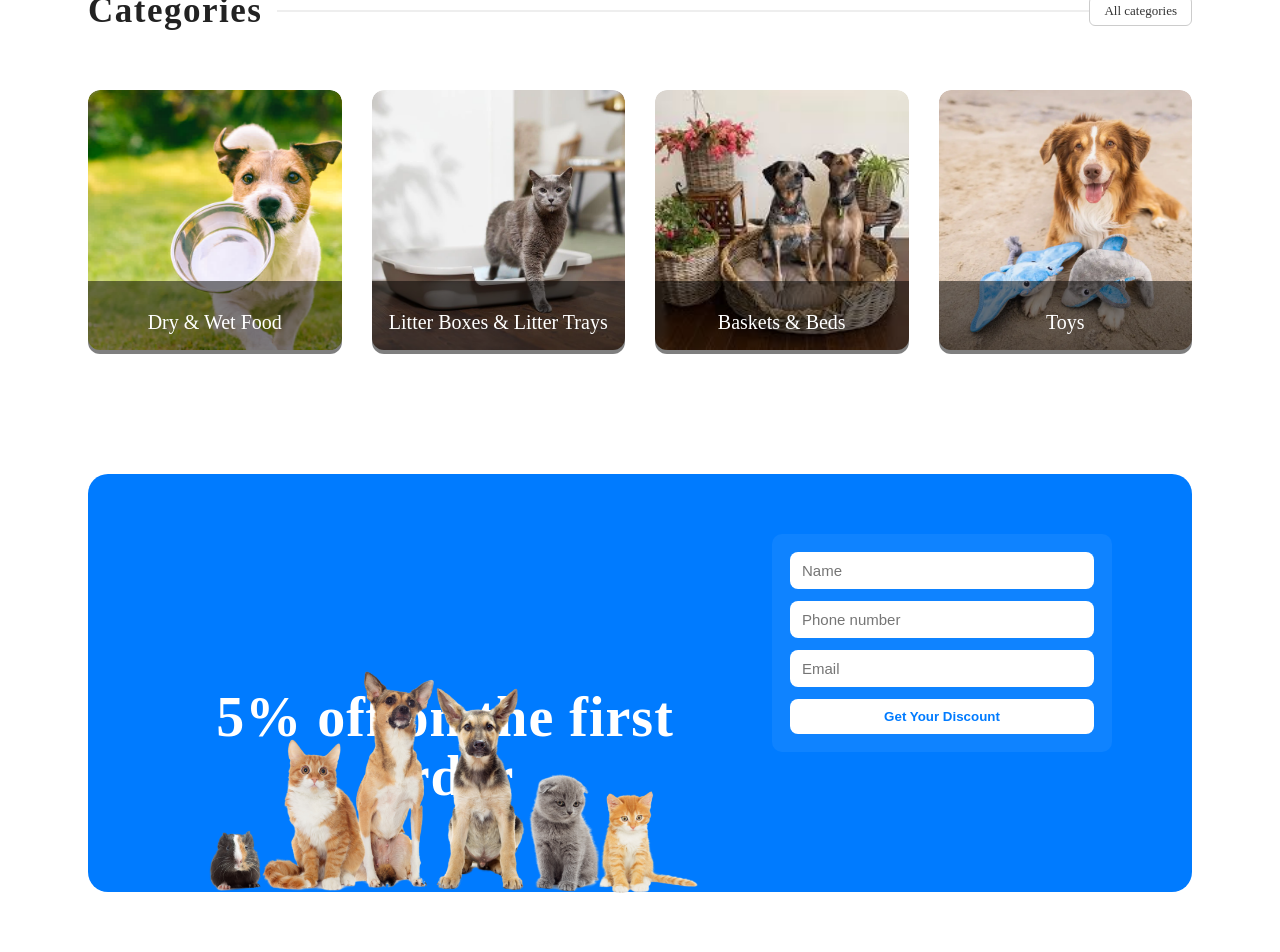
Repository: JuliiaJuliia/pet-shop-frontend
Page: / (app in pet-shop-frontend/)
These files come from the project's save history. The page is drawn as it stood at one moment and after the next save; the edit follows.
The browser window is 1280 px wide. The pictures show the part of the page from y = 693 to 1645 px (the page is 1645 px tall).
The project was rebuilt for these pictures with package versions that can differ from the ones it lists, and the page was loaded fresh each time. Also part of the build but not shown: pet-shop-frontend/vite.config.js, pet-shop-frontend/src/pages/CheckoutPage.jsx, pet-shop-frontend/src/api/axios.js, pet-shop-frontend/src/components/ProductList.jsx.

Above is the page before, as saved 2025-11-06 14:57:20.

After the next save:
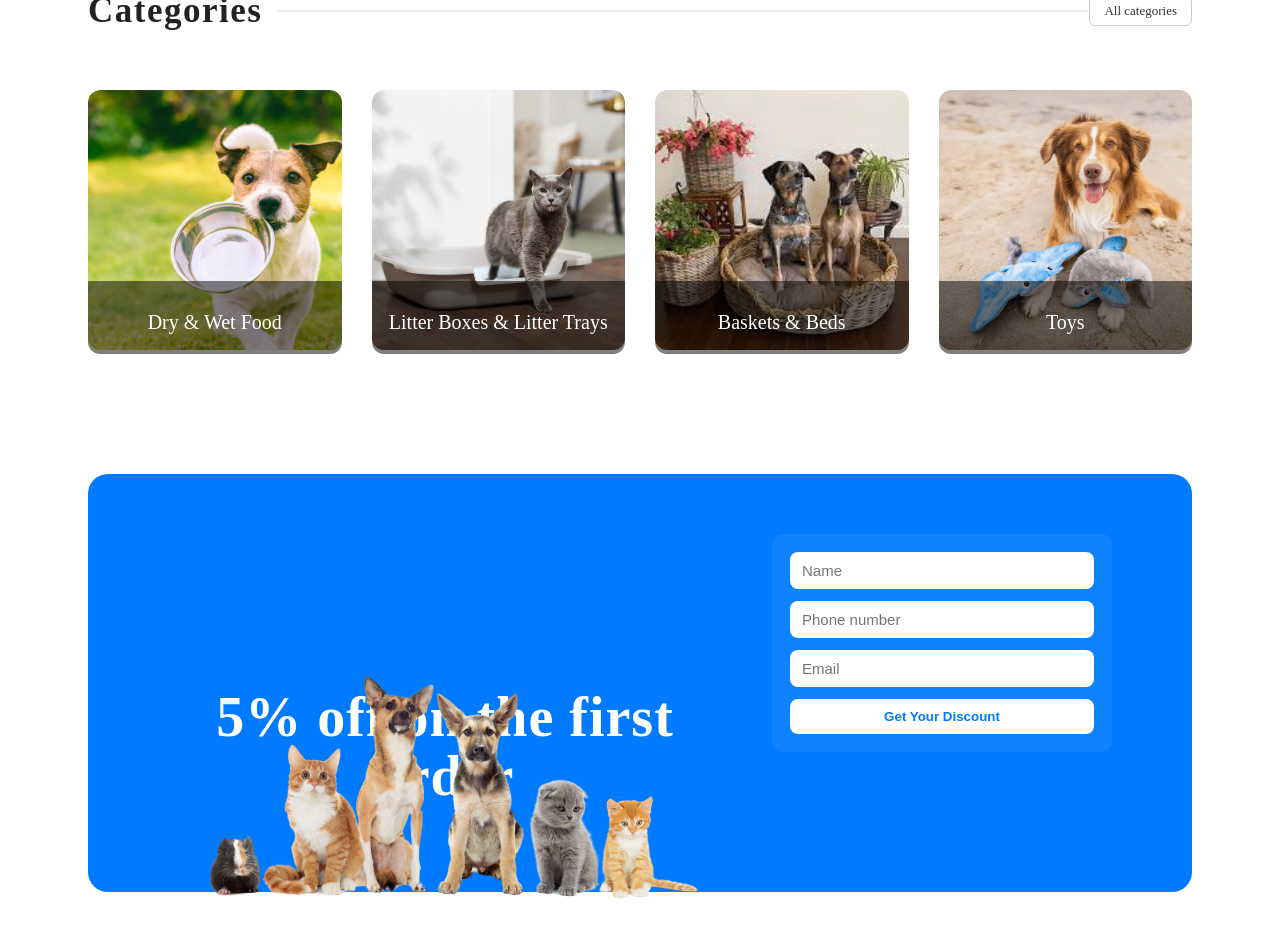
Saved 4 s later.
--- a/pet-shop-frontend/src/components/DiscountBanner.css
+++ b/pet-shop-frontend/src/components/DiscountBanner.css
@@ -55,7 +55,7 @@
     position: absolute;
     left: 50%;
     transform: translateX(-50%);
-    bottom: -150px;            /* "сидить" на межі синього фону; змінюй значення для точного місця */
+    bottom: -155px;            /* "сидить" на межі синього фону; змінюй значення для точного місця */
     z-index: 4;
   }
 
